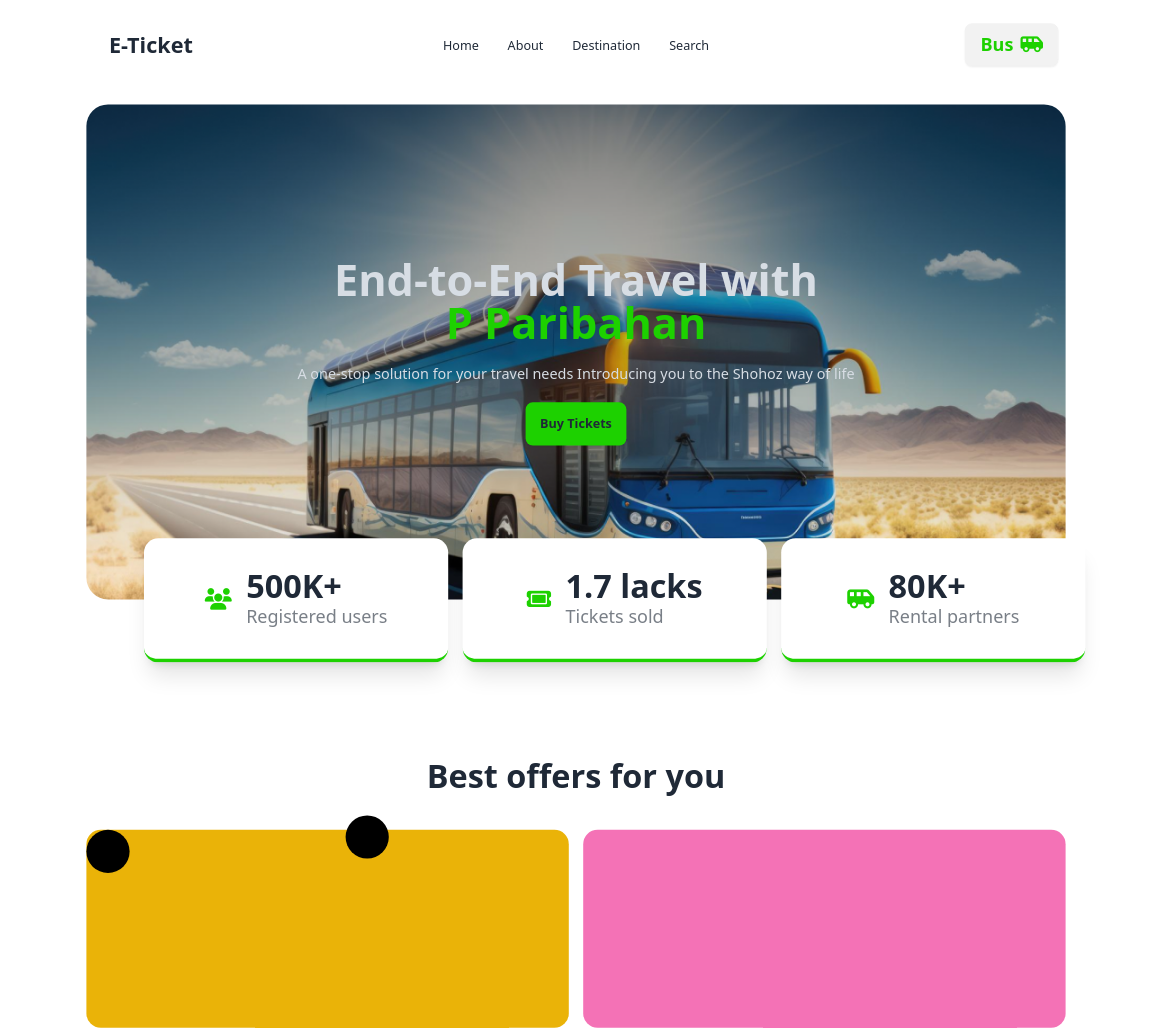
Repository: RudrasahaDibos/Smart-ticketing
Page: index.html
The author's editor kept a copy of each file at every save. The page is drawn from the files as they stood at one save, then again after the next save.
The browser window is 1280 px wide. The pictures show the whole page, at 90% of full size.
Some web fonts or font styles are not loaded; a fallback is used. Some web libraries are served in a nearby version.

Above is the page before, as saved 2024-11-10 01:20:09.

### index.html
<!DOCTYPE html>
<html lang="en">
<head>
    <meta charset="UTF-8">
    <meta name="viewport" content="width=device-width, initial-scale=1.0">
    <title>Smart-ticketing</title>
    <!-- tailwind link -->
<link href="https://cdn.jsdelivr.net/npm/daisyui@4.12.14/dist/full.min.css" rel="stylesheet" type="text/css" />
<script src="https://cdn.tailwindcss.com"></script>
<!-- font awesome link -->
<link rel="stylesheet" href="https://cdnjs.cloudflare.com/ajax/libs/font-awesome/6.6.0/css/all.min.css" integrity="sha512-Kc323vGBEqzTmouAECnVceyQqyqdsSiqLQISBL29aUW4U/M7pSPA/gEUZQqv1cwx4OnYxTxve5UMg5GT6L4JJg==" crossorigin="anonymous" referrerpolicy="no-referrer" />

<!-- google fonts  -->
<link rel="preconnect" href="https://fonts.googleapis.com">
<link rel="preconnect" href="https://fonts.gstatic.com" crossorigin>
<link href="https://fonts.googleapis.com/css2?family=Anton+SC&family=Manrope:wght@200..800&family=Raleway:ital,wght@0,100..900;1,100..900&display=swap" rel="stylesheet">

<style>
.raleway{
  font-family: "Raleway", sans-serif;
}
</style>



</head>
<body>
    <!-- header ends here -->
    <header  class="container mx-auto lg:pl-24 lg:pr-24 lg:pt-4 w-[1400px]">
               <div>
                <!-- navbar starts here -->
                <div class="navbar bg-base-100">
                    <div class="navbar-start">
                      <div class="dropdown">
                        <div tabindex="0" role="button" class="btn btn-ghost lg:hidden">
                          <svg
                            xmlns="http://www.w3.org/2000/svg"
                            class="h-5 w-5"
                            fill="none"
                            viewBox="0 0 24 24"
                            stroke="currentColor">
                            <path
                              stroke-linecap="round"
                              stroke-linejoin="round"
                              stroke-width="2"
                              d="M4 6h16M4 12h8m-8 6h16" />
                          </svg>
                        </div>
                        <ul
                          tabindex="0"
                          class="menu menu-sm dropdown-content bg-base-100 rounded-box z-[1] mt-3 w-52 p-2 shadow">
                          <li><a>Home</a></li>
                          <li><a>About</a></li>
                          <li><a>Destination</a></li>
                          <li><a>Search</a></li>
                        </ul>
                      </div>
                      <a class="btn btn-ghost text-2xl font-extrabold">E-Ticket</a>
                    </div>
                    <div class="navbar-center hidden lg:flex">
                      <ul class="menu menu-horizontal px-1">
                        <li><a>Home</a></li>
                        <li><a>About</a></li>
                        <li><a>Destination</a></li>
                        <li><a>Search</a></li>
                      </ul>
                    </div>
                    <div class="navbar-end">
                      <a class="btn text-[#1DD100]  border-1  text-xl">Bus <i class="fa-solid fa-van-shuttle"></i></a>
                    </div>
                  </div>
               </div>

              <!-- banner start here -->

              <div
              class="hero h-[550px] mt-8 bg-[url('/images/banner.png')] rounded-3xl relative">

              <div class="hero-content text-neutral-content text-center">
                <div class="">
                  <h1 class="mb-5 text-5xl font-extrabold">End-to-End Travel with <br> <span class="text-5xl text-[#1DD100]  font-extrabold">P Paribahan</span></h1>
                  <p class="mb-5">
                    A one-stop solution for your travel needs

                    Introducing you to the Shohoz way of life
                  </p>
                  <button class="btn bg-[#1DD100] border-none">Buy Tickets</button>
                </div>
              </div>
            </div>



                 <!-- banner end here -->

                <!-- 3 card start here  -->

                        <div class=" flex justify-between items-center gap-4 pl-16 pr-16 absolute -bottom-4   ">
                            <div class="stat flex bg-white justify-center items-center shadow-xl  border-b-4 border-b-[#1DD100]  rounded-2xl w-[338px] h-[138px]">
                                <div class="text-[#1DD100] text-2xl font-extrabold ">
                                    <i class="fa-solid fa-users"></i>
                                  </div>

                             <div>
                                <div class="stat-value">500K+</div>
                                <div class="stat-desc text-xl ">Registered users</div>
                             </div>


                            </div>

                            <div class="stat flex bg-white justify-center items-center  border-b-4 border-b-[#1DD100] shadow-xl  rounded-2xl w-[338px] h-[138px]">
                                <div class="text-[#1DD100] text-2xl font-extrabold ">
                                    <i class="fa-solid fa-ticket  "></i>

                                  </div>

                             <div>
                                <div class="stat-value">1.7 lacks</div>
                                <div class="stat-desc text-xl ">Tickets sold</div>
                             </div>


                            </div>

                            <div class="stat flex bg-white justify-center items-center  border-b-4 border-b-[#1DD100] shadow-xl  rounded-2xl w-[338px] h-[138px]">
                                <div class="text-[#1DD100] text-2xl font-extrabold ">
                                    <i class="fa-solid fa-van-shuttle"></i>

                                  </div>

                             <div>
                                <div class="stat-value">80K+</div>
                                <div class="stat-desc text-xl ">Rental partners</div>
                             </div>


                            </div>
                          </div>




                  <!-- 3 card ends here -->

               <!-- navbar Ends here -->
    </header>
    <!-- header ends here -->


     <!-- main start here -->
    <main class="container mx-auto lg:pl-24 lg:pr-24 lg:pt-4 w-[1400px]" >
                  <!-- Best offers for you start here -->
                     <section class="mt-40">
                               <h1 class="text-4xl font-semibold text-center">Best offers for you</h1>

                                <div class="flex gap-4 mt-10">
                                    <div class="bg-yellow-500  w-[573px] h-[220px]  rounded-2xl">
                                               <p class="bg-black w-[48px] h-[48px] absolute mx-auto rounded-full ml-72 -mt-4  "></p>
                                               <p class="bg-black w-[48px] h-[48px] absolute mx-auto rounded-full ml-72mb   "></p>
                                    </div>
                                    <div class="bg-pink-400   w-[573px] h-[220px] rounded-2xl">

                                    </div>
                                </div>
                     </section>

                  <!-- Best offers for you ends here -->
    </main>
    <!-- main ends here -->



    <!-- js add -->
     <script src="index.js"></script>
</body>
</html>

Loaded but not shown: index.js (common file)

After the next save:
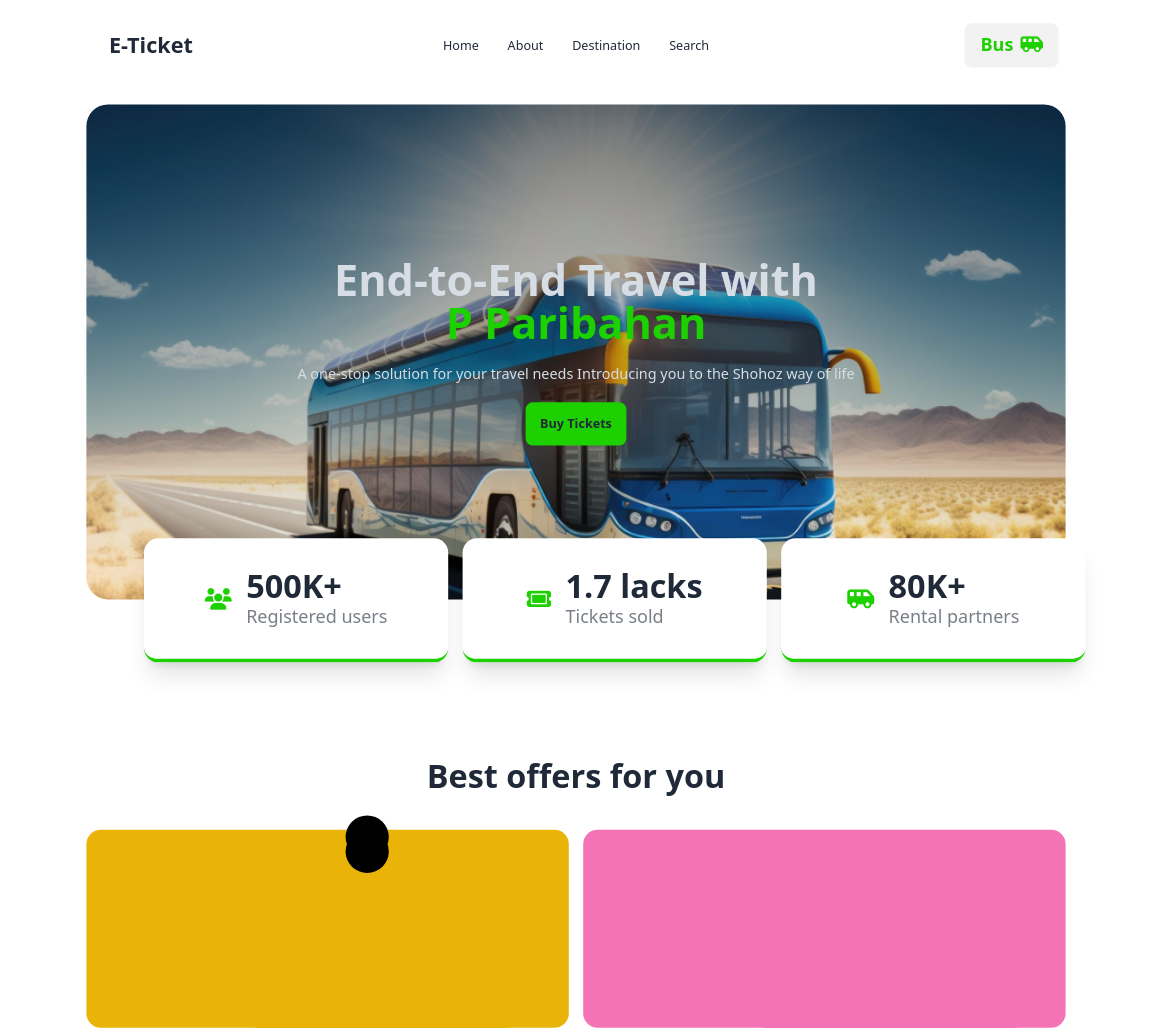
Saved 4 s later.
--- a/index.html
+++ b/index.html
@@ -157,7 +157,7 @@
                                 <div class="flex gap-4 mt-10">
                                     <div class="bg-yellow-500  w-[573px] h-[220px]  rounded-2xl">
                                                <p class="bg-black w-[48px] h-[48px] absolute mx-auto rounded-full ml-72 -mt-4  "></p>
-                                               <p class="bg-black w-[48px] h-[48px] absolute mx-auto rounded-full ml-72mb   "></p>
+                                               <p class="bg-black w-[48px] h-[48px] absolute mx-auto rounded-full ml-72 mb-4   "></p>
                                     </div>
                                     <div class="bg-pink-400   w-[573px] h-[220px] rounded-2xl">
 
